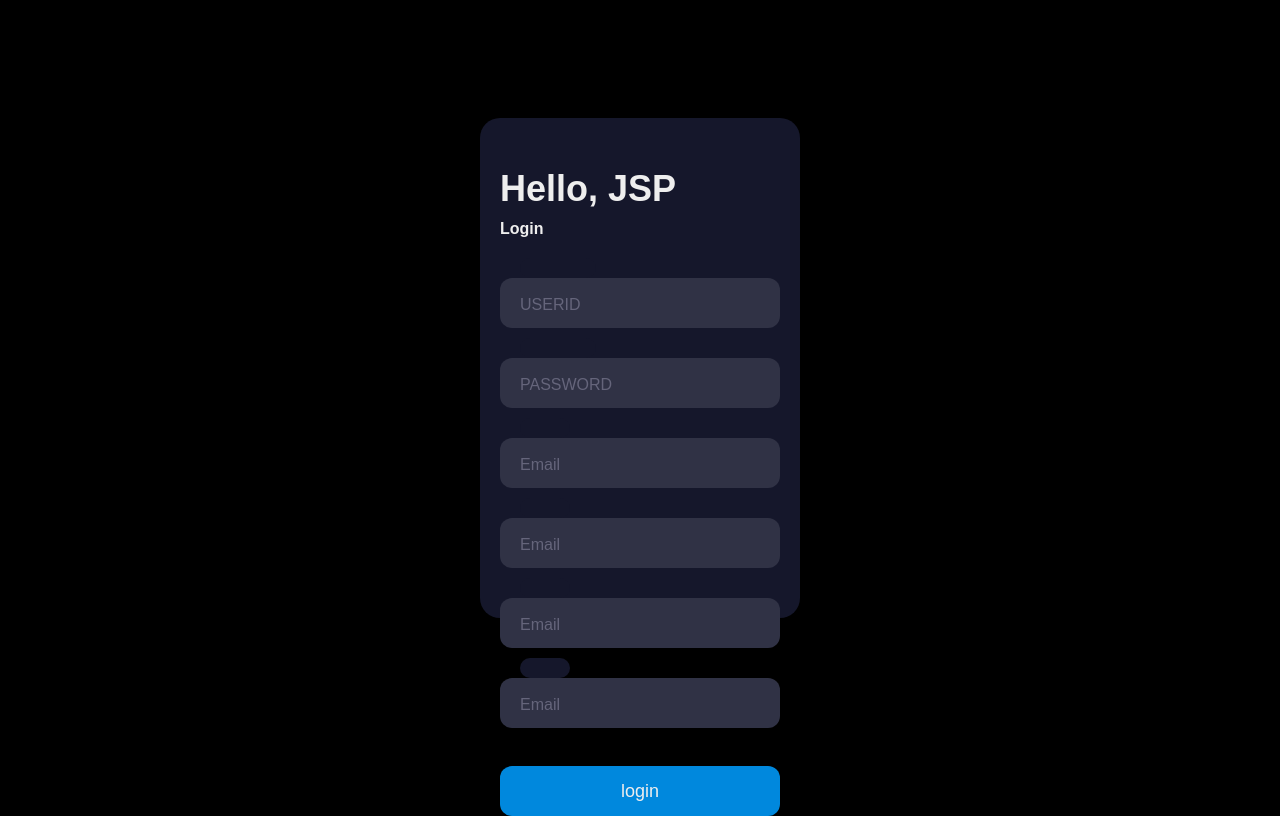
Repository: uhhuhhmm/JSP-Servlet-Class
Page: http://localhost/web03/form304.jsp
An editor plug-in stored every save of this project. The page is shown before and after the next save, followed by the edit.
The browser window is 1280 px wide. The pictures show the whole page.
The page is served by Tomcat 9.

Above is the page before, as saved 2022-07-15 02:06:55.

After the next save:
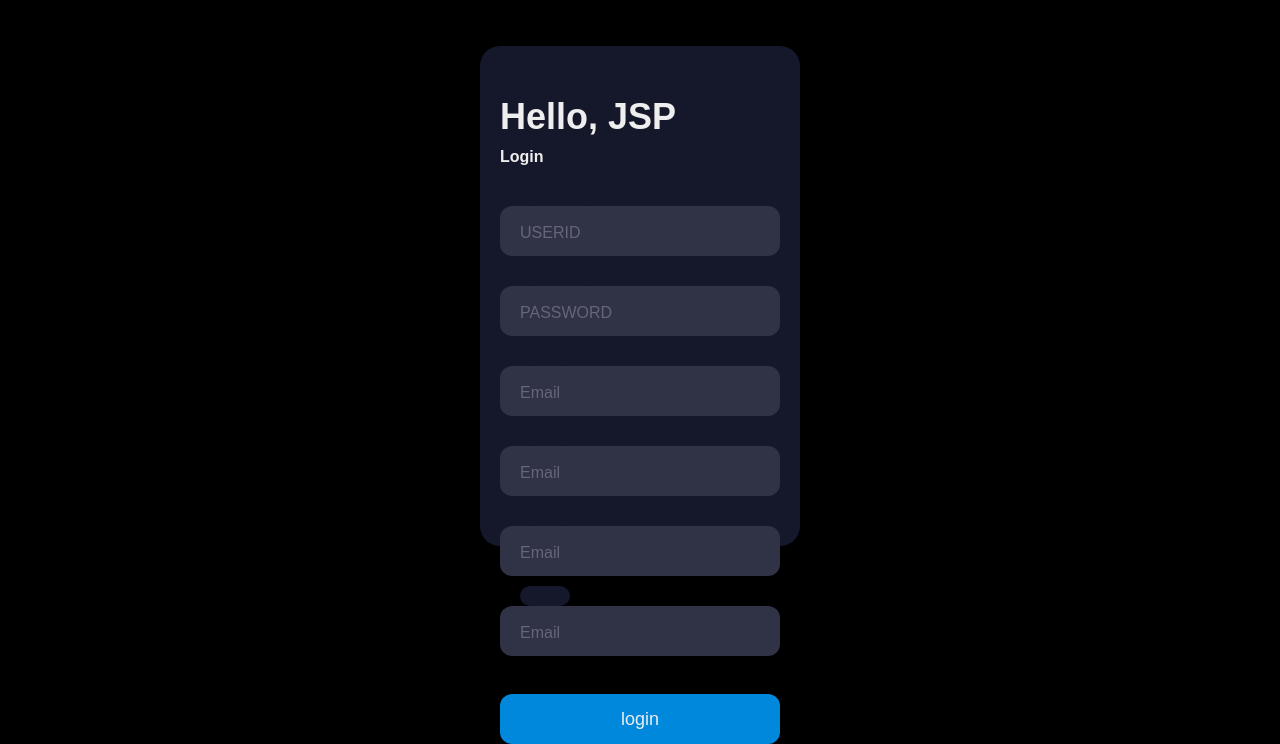
Saved 17 s later.
--- a/web03/WebContent/form304.jsp
+++ b/web03/WebContent/form304.jsp
@@ -16,7 +16,7 @@
   background-color: #000;
   display: flex;
   justify-content: center;
-  height: 100vh;
+  height: 80vh;
 }
 
 .form {

After the save that followed:
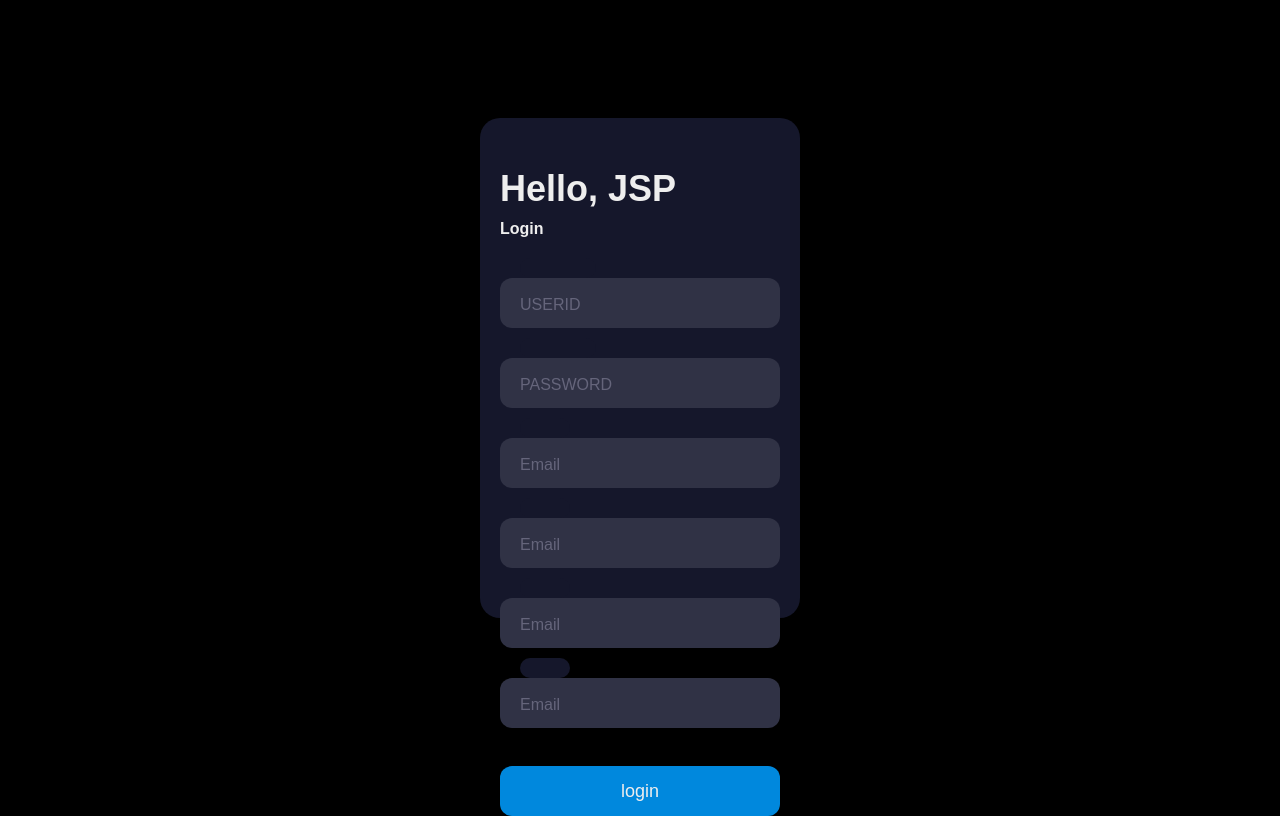
Saved 16 s later.
--- a/web03/WebContent/form304.jsp
+++ b/web03/WebContent/form304.jsp
@@ -16,7 +16,7 @@
   background-color: #000;
   display: flex;
   justify-content: center;
-  height: 80vh;
+  height: 100vh;
 }
 
 .form {
